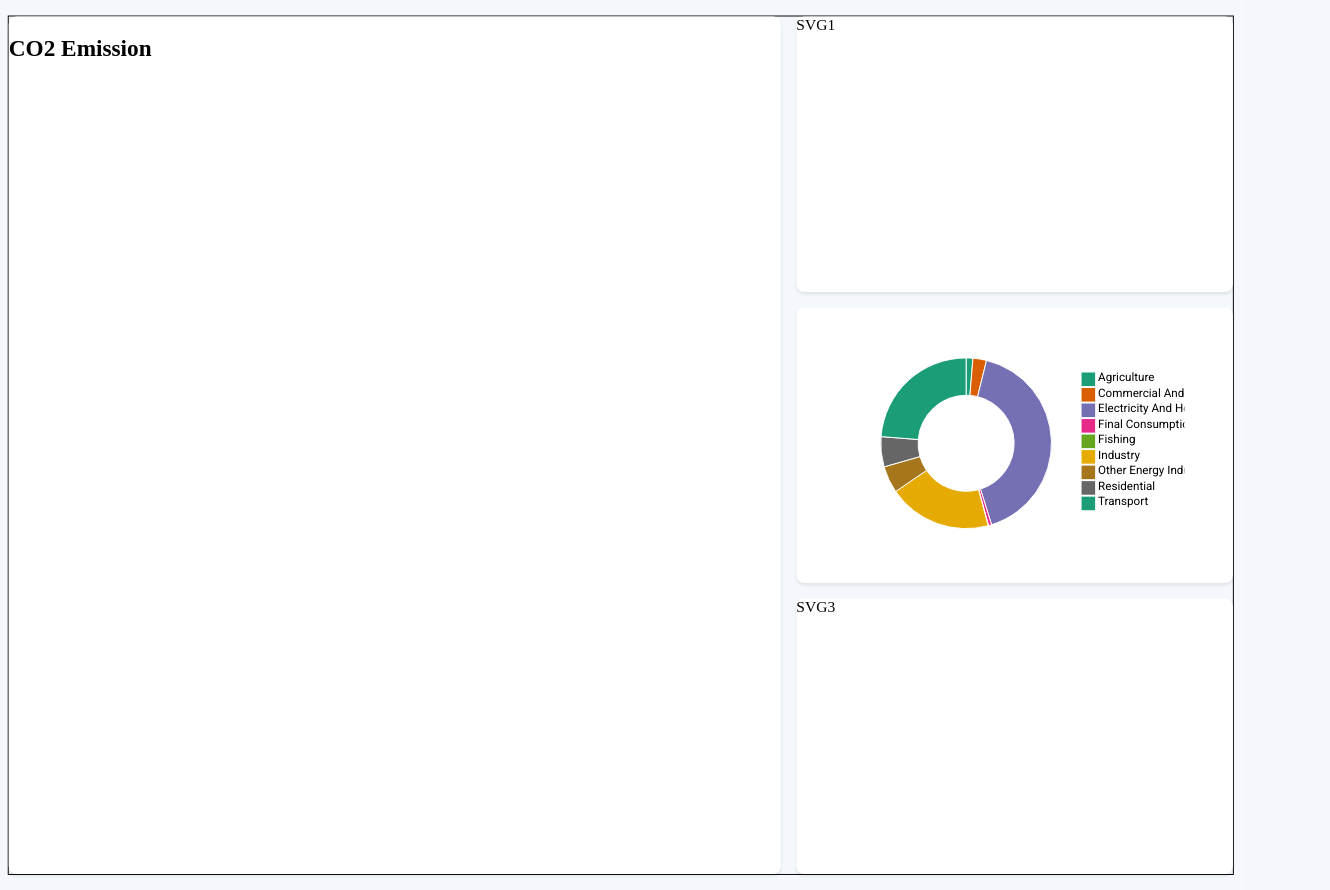
Repository: losmarco/CO2-Emission-Data-Dashboard
Page: index.html
These files come from the project's save history. The page is drawn as it stood at one moment and after the next save; the edit follows.
The browser window is 1280 px wide. The page is 1280 px wide, then 1371 px, so the pictures cover 1371 px, including what lies to the right of the window. The pictures show the whole page, at 97% of full size.
The style sheet was rebuilt from its Sass, Less or Tailwind sources for each picture, by a compiler version that may differ from the author's.

Above is the page before, as saved 2020-03-29 17:39:15.

After the next save:
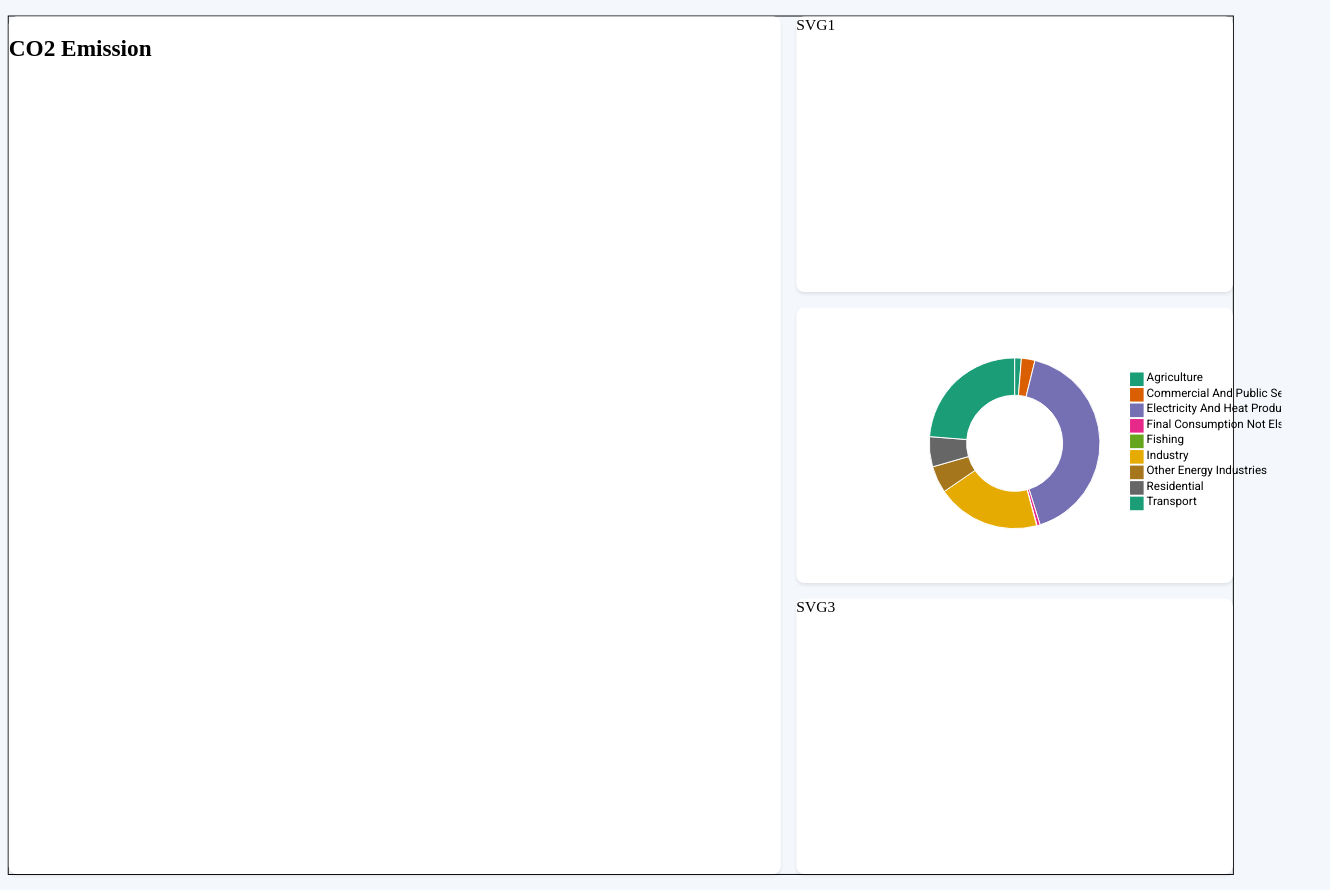
Saved 19 s later.
--- a/javascript/chart.js
+++ b/javascript/chart.js
@@ -2,7 +2,7 @@
 
 //Donut Chart
 // set the dimensions and margins of the graph
-var width = 450
+var width = 550
     height = 280
     margin = 30
 // The radius of the pieplot is half the width or half the height (smallest one). I subtract a bit of margin.
@@ -93,7 +93,6 @@ d3.csv("data/world-sector.csv")
       .attr('d', arc)
       .attr('fill', function(d){ return(color(d.data.key)) })
       .attr("stroke", "white")
-      .attr("transform", "translateX(" + 20 + ")")
       .style("stroke-width", "1px")
       .style("opacity", 1)
 
